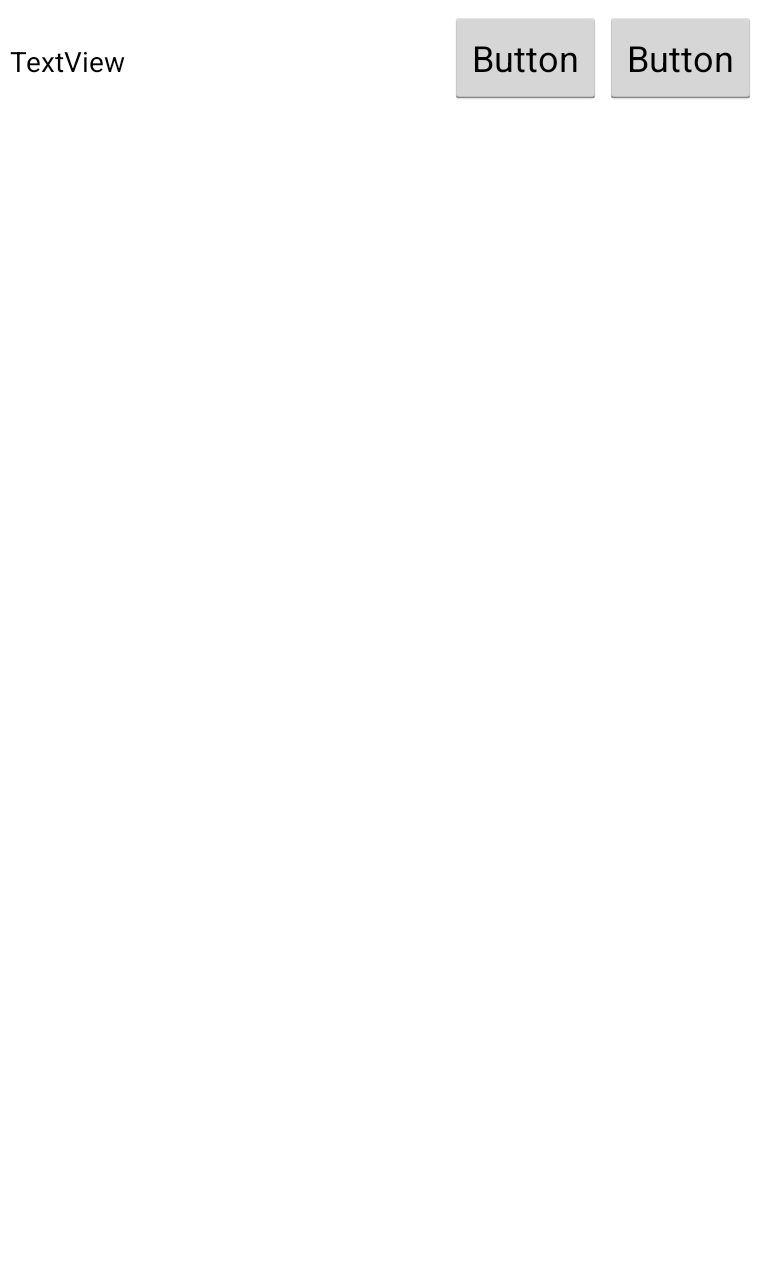
Repository: almeiduh/AndroidApps
Layout: StockQuote/res/layout/stock_quote_row.xml
These files come from the project's save history. The layout is drawn as it stood at one moment and after the next save; the edit follows.
It is drawn on a 768 x 1280 px phone screen (xhdpi) without system bars, with theme AppTheme; the app's code is not run.

Above is the layout before, as saved 2014-02-05 00:28:03.

After the next save:
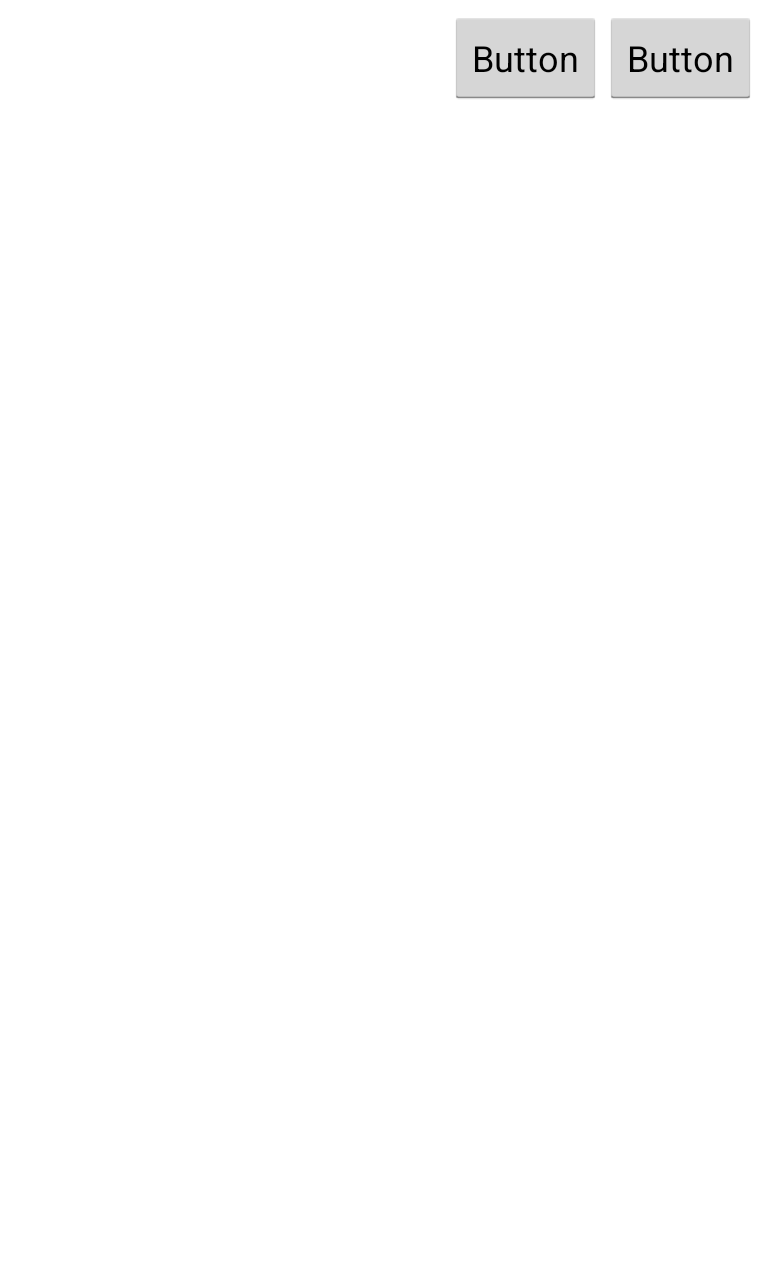
Saved 10 s later.
--- a/StockQuote/res/layout/stock_quote_row.xml
+++ b/StockQuote/res/layout/stock_quote_row.xml
@@ -12,8 +12,7 @@
         android:layout_span="2"
         android:layout_weight="1"
         android:textColor="@color/black"
-        android:textIsSelectable="true"
-        android:text="TextView" />
+        android:textIsSelectable="true"/>
 
     <Button
         android:id="@+id/button1"
